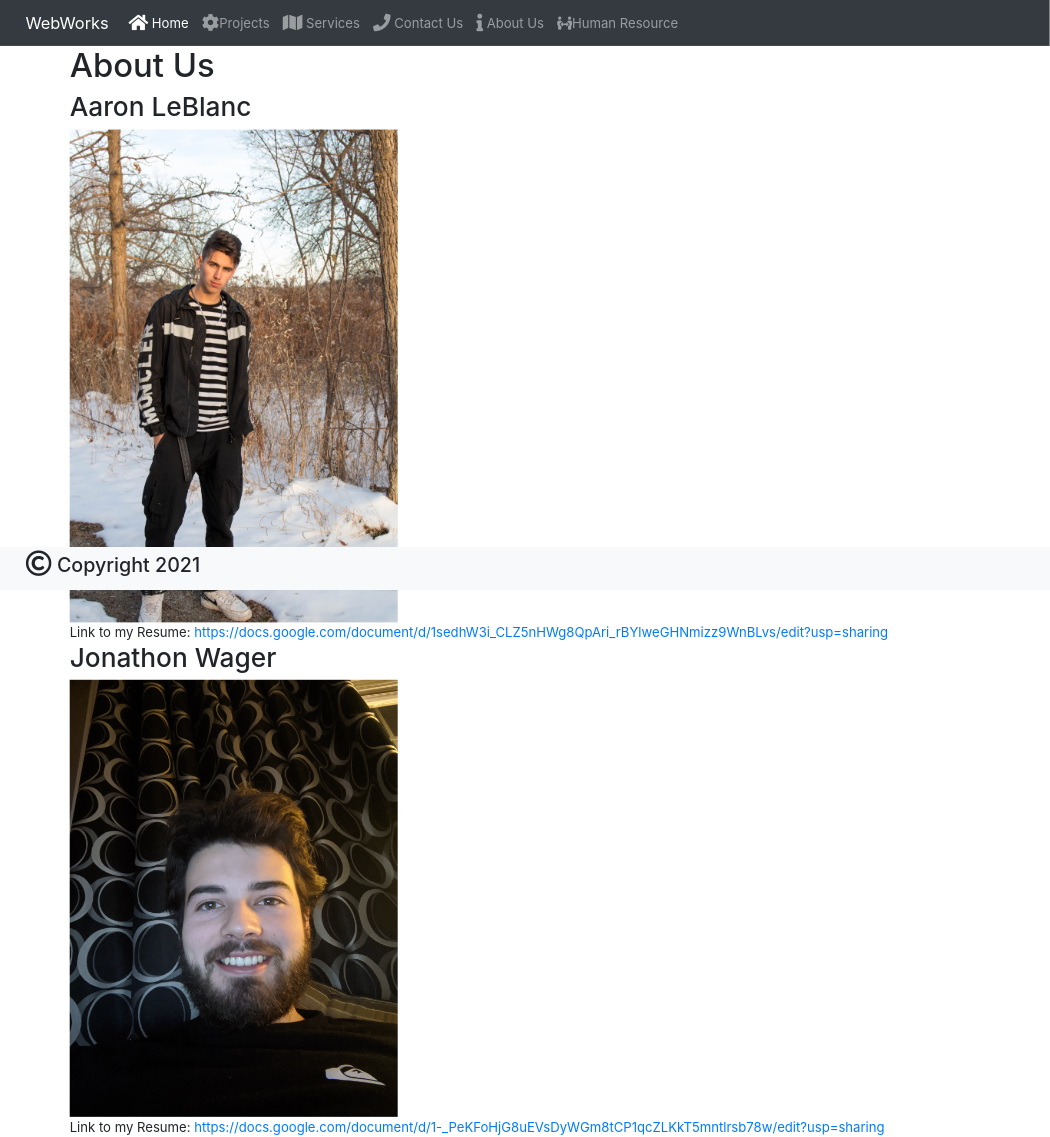
Repository: JonathonWager/Webd6202Lab1
Page: about.html
An editor plug-in stored every save of this project. The page is shown before and after the next save, followed by the edit.
The browser window is 1280 px wide. The pictures show the whole page, at 82% of full size.

Above is the page before, as saved 2021-02-05 20:07:00.
Not found: Content/app.css

### about.html
<!DOCTYPE html>
<html lang="en">
<head>
    <meta charset="UTF-8">
    <meta name="viewport" content="width=device-width, initial-scale=1.0">
    <title>About</title>
    <!-- CSS Section -->
    <link rel="stylesheet" href="./node_modules/bootstrap/dist/css/bootstrap.min.css">
    <link rel="stylesheet" href="./node_modules/@fortawesome/fontawesome-free/css/all.min.css">
    <link rel="stylesheet" href="./Content/app.css">
</head>
<body>
    <!-- Main Header -->
    <header>
        <!-- Main Navigation -->
        <nav class="navbar navbar-expand-lg navbar-dark bg-dark">
            <div class="container-fluid">
              <a class="navbar-brand" href="index.html">WebWorks</a>
              <button class="navbar-toggler" type="button" data-bs-toggle="collapse" data-bs-target="#navbarSupportedContent" aria-controls="navbarSupportedContent" aria-expanded="false" aria-label="Toggle navigation">
                <span class="navbar-toggler-icon"></span>
              </button>
              <div class="collapse navbar-collapse" id="navbarSupportedContent">
                <ul class="navbar-nav me-auto mb-2 mb-lg-0">
                  <li class="nav-item">
                    <a class="nav-link active" aria-current="page" href="index.html"><i class="fas fa-home fa-lg"></i> Home</a>
                  </li>

                  <li class="nav-item">
                    <a class="nav-link" aria-current="page" href="projects.html" id = "projects"><i class="fas fa-cog fa-lg"></i> Products</a>
                  </li>

                  <li class="nav-item">
                    <a class="nav-link" aria-current="page" href="services.html"><i class="fas fa-map fa-lg"></i> Services</a>
                  </li>

                  <li class="nav-item">
                    <a class="nav-link" aria-current="page" href="contact.html"><i class="fas fa-phone fa-lg"></i> Contact Us</a>
                  </li>
                  <li class="nav-item">
                    <a class="nav-link" aria-current="page" href="about.html"><i class="fas fa-info fa-lg"></i> About Us</a>
                  </li>
                </ul>
              </div>
            </div>
          </nav>
    </header>

    <!-- Main Content -->
    <main class="container">
      <h1>About Us</h1>
      <h2>Aaron LeBlanc</h2>
      <div id="AboutAaronContent"> </div>
      <img src="/Pictures/About us Page/PictureOfAaron.jpg" width = 400px; alt="Deck of Cards">
      <div> Link to my Resume:  <a href="url">https://docs.google.com/document/d/1sedhW3i_CLZ5nHWg8QpAri_rBYlweGHNmizz9WnBLvs/edit?usp=sharing</a></div>
      <h2>Jonathon Wager</h2>
      <div id="AboutJonathonContent"> </div>
      <img src="/Pictures/About us Page/Jonathonpic.jpg" width = 400px; alt="Deck of Cards">
      <div> Link to my Resume:  <a href="url">https://docs.google.com/document/d/1-_PeKFoHjG8uEVsDyWGm8tCP1qcZLKkT5mntlrsb78w/edit?usp=sharing</a></div>

    </main>

    <!-- Main Footer -->
    <footer>
    </footer>

    <!-- Script Section-->
    <script src="./node_modules/jquery/dist/jquery.min.js"></script>
    <script src="./node_modules/bootstrap/dist/js/bootstrap.bundle.min.js"></script>
    <script src="./Scripts/app.js"></script>
</body>
</html>

### Scripts/app.js
/* custom JavaScript goes here */

//IIFE - Immediately Invoked Function Expression
//AKA - Anonymous Self-Executing Function
//Closure - limits scope leak

"use strict";

(function()
{
    function displayHome()
    {

        let paragraphOneText =
          "Welcome to Web Works, Our team at Web Works is dedicated to offering advanced web development creations that will make you stand out from the crowd.";

        let paragraphOneElement = document.getElementById("paragraphOne");

        paragraphOneElement.textContent = paragraphOneText;
        paragraphOneElement.className = "fs-5";

        // Step 1. document.createElement
        let newParagraph = document.createElement("p");
        // Step 2. configure the element
        newParagraph.setAttribute("id", "paragraphTwo");
        newParagraph.textContent = "Our team consits of two dedicated students that are currently enrolled in the Computer programmer and Analysis course at Durham College located in Northern Oshawa. ";
        // Step 3. select the parent element
        let mainContent = document.getElementsByTagName("main")[0];
        // Step 4. Add / Insert the element
        mainContent.appendChild(newParagraph);

        newParagraph.className = "fs-6";

        // another way of injecting content
        let paragraphDiv = document.createElement("div");
        let paragraphThree = `Oshawa. Our skill sets are growing every day and we are profecient in HTML, CSS, Java, C++,
        database development, automations and much more. Contact our team with inqueries and you will get a response within one business day`;
        paragraphDiv.innerHTML = paragraphThree;

        // insertions

        // example of inserting before a node
        //newParagraph.before(paragraphDiv);

        // example of inserting after a node
        newParagraph.after(paragraphDiv);

        // deletions

        // example of removing a single element
        //paragraphOneElement.remove();

        // example of removeChild
        //mainContent.removeChild(paragraphOneElement);

        // update / modification
        mainContent.firstElementChild.textContent = "Welcome Home!";


    }

    function displayAbout()
    {

    }

    function displayProjects()
    {
      console.log("test");
      let paragraphOneText = "The following project focus was on developing our skills in object-orientated programming as we were developing a program that would create card objects that could be used for a wide variety of purposed including implementing into hundreds of different card games. The project was one of our favourites because it widned our skill set and showed us even further how useful object-orientate programming can be.";

      let projectsDiv1 = document.getElementById("DeckOfCardsContent");

      let projectsP1 = document.createElement("p");

      projectsP1.textContent = paragraphOneText;

      projectsDiv1.appendChild(projectsP1);

      console.log("heyyyyy");

      // Step 1. document.createElement
      let newParagraph = document.createElement("p");
      // Step 2. configure the element
      newParagraph.setAttribute("id", "paragraphTwo");
      newParagraph.textContent = "Our team consits of two dedicated students that are currently enrolled in the Computer programmer and Analysis course at Durham College located in Northern Oshawa. ";
      // Step 3. select the parent element
      let mainContent = document.getElementsByTagName("main")[0];
      // Step 4. Add / Insert the element
      mainContent.appendChild(newParagraph);
    }

    function displayServices()
    {
      console.log("test");
      let paragraphOneText = "We have the ability to create interactive websites that will stand out and make you look professional. We can apply custom themes to style your website as well as make it an interactive website that is effeciently navigable.";

      let projectsDiv1 = document.getElementById("WebDesignContent");

      let projectsP1 = document.createElement("p");

      projectsP1.textContent = paragraphOneText;

      projectsDiv1.appendChild(projectsP1);

      let paragraphTwoText = "We can create small to medium sized databases that will be able to meet your business needs. We can then implement the database into your website so that you can take your business to the next level.";

      let projectsDiv2 = document.getElementById("DatabaseDevelopmentContent");

      let projectsP2 = document.createElement("p");

      projectsP2.textContent = paragraphTwoText;

      projectsDiv2.appendChild(projectsP2);

      let paragraphThreeText = "We can create small to medium sized databases that will be able to meet your business needs. We can then implement the database into your website so that you can take your business to the next level.";

      let projectsDiv3 = document.getElementById("CustomProgrammingContent");

      let projectsP3 = document.createElement("p");

      projectsP3.textContent = paragraphThreeText;

      projectsDiv3.appendChild(projectsP3);

    }

    function displayContact()
    {
      console.log("test");
        let messageArea = document.getElementById("messageArea");
        messageArea.hidden = true;

        // form validation
        let fullName = document.getElementById("fullName");
        fullName.addEventListener("blur", function() {
            if(fullName.value.length < 2)
            {
                fullName.focus();
                fullName.select();
                messageArea.hidden = false;
                messageArea.className = "alert alert-danger";
                messageArea.textContent = "Please enter an appropriate Name";
            }
            else
            {
                messageArea.removeAttribute("class");
                messageArea.hidden = true;
            }
        });

        let sendButton = document.getElementById("sendButton");
        sendButton.addEventListener("click", function(event){
            //event.preventDefault();

           window.location.href = "index.html";

        });
    }




    function Start()
    {
        console.log("App Started...");
        let navbarProjects = document.getElementById("projects");
        navbarProjects.innerHTML = '<i class="fas fa-cog fa-lg"></i>Projects';

       // let navContentHumanResource = '<li class="nav-item"><a class="nav-link" aria-current="page" href="services.html"><i class="fas fa-map fa-lg"></i> Services</a></li>';
        let navContent = document.getElementsByTagName("ul")[0];

        let navContentHumanResourceLi = document.createElement("li");
        let navContentHumanResourceA = document.createElement("a");

        // Step 2. configure the element
        navContentHumanResourceLi.setAttribute("class", "nav-item");

        navContentHumanResourceA.setAttribute("class","nav-link");
        navContentHumanResourceA.setAttribute("aria-current", "page");
        navContentHumanResourceA.setAttribute("href", "human_resource.html");
        navContentHumanResourceA.innerHTML ='<i class="fas fa-people-arrows"></i>Human Resource ';

        navContentHumanResourceLi.appendChild(navContentHumanResourceA);

        navContent.appendChild(navContentHumanResourceLi);




        let bottomNavContent = document.getElementsByTagName("footer")[0];

        let navContentFooterNav = document.createElement("nav");
        navContentFooterNav.setAttribute("class","navbar fixed-bottom navbar-light bg-light");

        let navContentDiv = document.createElement("div");
        navContentDiv.setAttribute("class", "container-fluid");

        let navContentH4 = document.createElement("h4");
        navContentH4.innerHTML = '<i class="far fa-copyright fa-lg"></i> Copyright 2021';
        navContentFooterNav.appendChild(navContentDiv);
        navContentDiv.appendChild(navContentH4);
        bottomNavContent.appendChild(navContentFooterNav);


        switch (document.title)
        {
          case "Home":
              displayHome();
            break;
          case "About":
              displayAbout();
            break;
          case "Projects":
              displayProjects();
            break;
          case "Services":
              displayServices();
            break;
          case "Contact":
              displayContact();
            break;
        }

    }

    window.addEventListener("load", Start);

})();

Loaded but not shown: node_modules/bootstrap/dist/css/bootstrap.min.css (library); node_modules/@fortawesome/fontawesome-free/css/all.min.css (library); node_modules/jquery/dist/jquery.min.js (library); node_modules/bootstrap/dist/js/bootstrap.bundle.min.js (library)

After the next save:
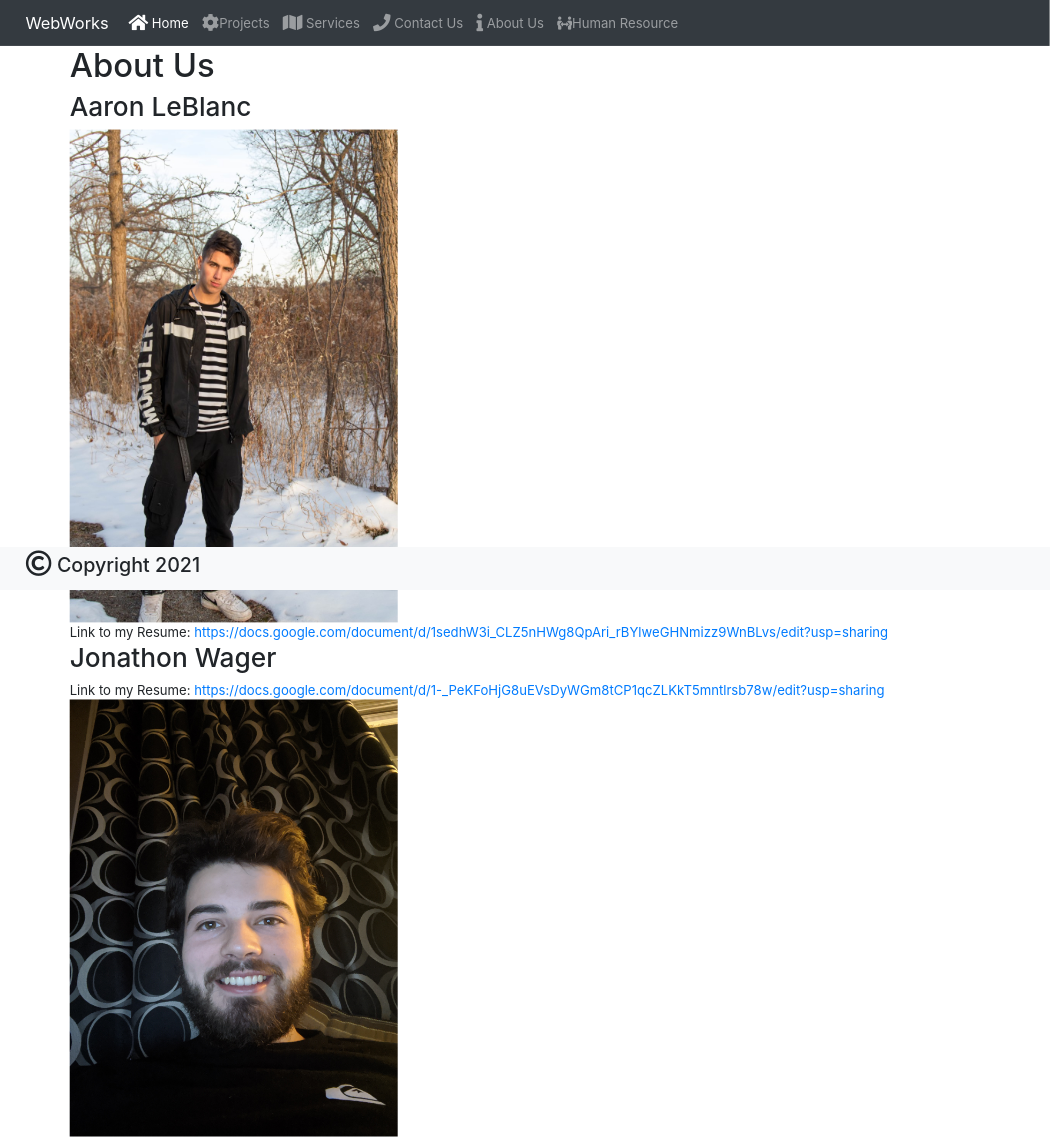
Saved 74 s later.
--- a/about.html
+++ b/about.html
@@ -53,9 +53,10 @@
       <img src="/Pictures/About us Page/PictureOfAaron.jpg" width = 400px; alt="Deck of Cards">
       <div> Link to my Resume:  <a href="url">https://docs.google.com/document/d/1sedhW3i_CLZ5nHWg8QpAri_rBYlweGHNmizz9WnBLvs/edit?usp=sharing</a></div>
       <h2>Jonathon Wager</h2>
+      <div> Link to my Resume:  <a href="url">https://docs.google.com/document/d/1-_PeKFoHjG8uEVsDyWGm8tCP1qcZLKkT5mntlrsb78w/edit?usp=sharing</a></div>
       <div id="AboutJonathonContent"> </div>
       <img src="/Pictures/About us Page/Jonathonpic.jpg" width = 400px; alt="Deck of Cards">
-      <div> Link to my Resume:  <a href="url">https://docs.google.com/document/d/1-_PeKFoHjG8uEVsDyWGm8tCP1qcZLKkT5mntlrsb78w/edit?usp=sharing</a></div>
+
 
     </main>
 
